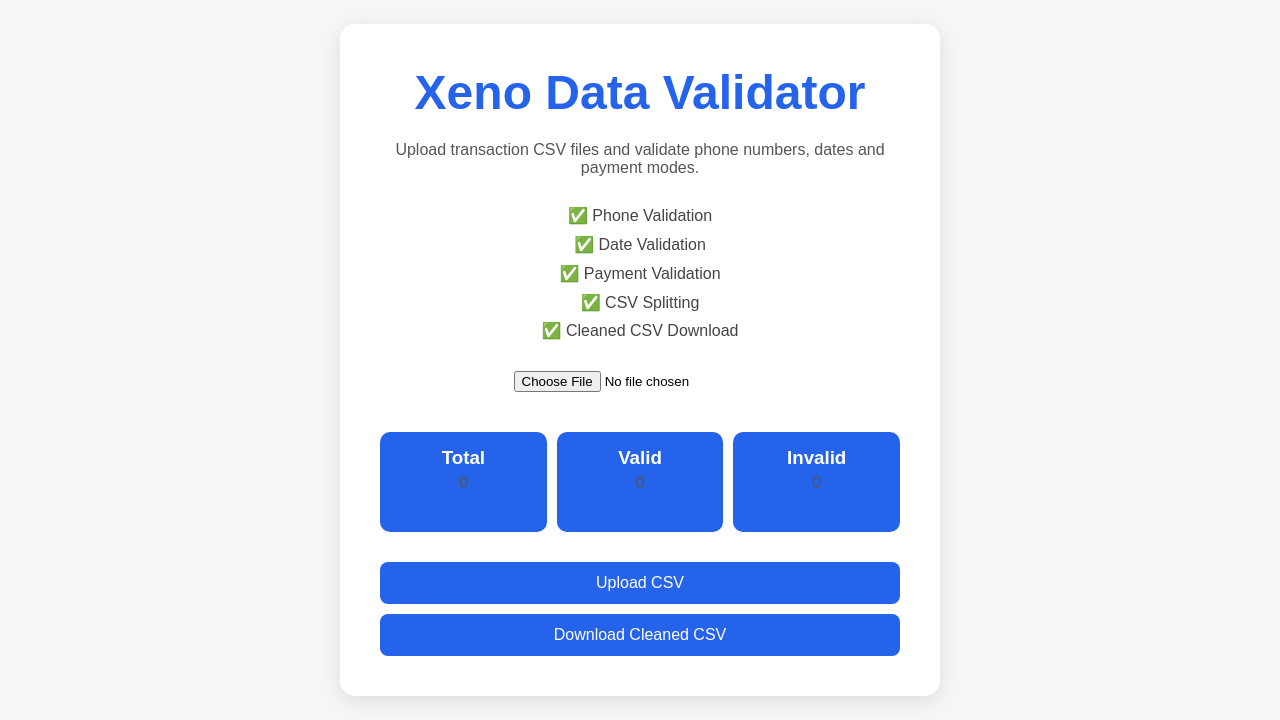
Repository: Aartigarg446/xeno-data-validator
Page: / (app in frontend/)
The author's editor kept a copy of each file at every save. The page is drawn from the files as they stood at one save, then again after the next save.
The browser window is 1280 px wide. The pictures show the whole page.
The project was rebuilt for these pictures with package versions that can differ from the ones it lists, and the page was loaded fresh each time. Also part of the build but not shown: frontend/vite.config.js.

Above is the page before, as saved 2026-06-17 14:09:50.

### frontend/src/index.css
html,
body,
#root {
  width: 100%;
  min-height: 100vh;
  margin: 0;
  padding: 0;
}

### frontend/src/App.jsx
import { useState } from "react";
import axios from "axios";
import "./App.css";

function App() {
  const [file, setFile] = useState(null);
  const [message, setMessage] = useState("");
  const [stats, setStats] = useState({
  total: 0,
  valid: 0,
  invalid: 0,
});

const [records, setRecords] = useState([]);

  const uploadFile = async () => {
    if (!file) {
      alert("Please select a CSV file");
      return;
    }

    const formData = new FormData();
    formData.append("file", file);

    try {
   const response = await axios.post(
  "http://localhost:5000/upload",
  formData
);

const data = response.data.data;

setRecords(data);

const validCount = data.filter(
  (item) => item.overallStatus === "Valid"
).length;

setStats({
  total: data.length,
  valid: validCount,
  invalid: data.length - validCount,
});

setMessage("✅ CSV Processed Successfully");
    } catch (error) {
      console.log(error);
     setMessage("❌ Upload Failed");
    }
  };

  return (
    <div className="container">

      <div className="card">

        <h1>Xeno Data Validator</h1>

        <p>
          Upload transaction CSV files and validate
          phone numbers, dates and payment modes.
        </p>
<p className="features">
  ✅ Phone Validation <br />
  ✅ Date Validation <br />
  ✅ Payment Validation <br />
  ✅ CSV Splitting <br />
  ✅ Cleaned CSV Download
</p>
        <input
          type="file"
          accept=".csv"
          onChange={(e) =>
            setFile(e.target.files[0])
          }
        />
        {file && (
  <p>
    Selected File: {file.name}
  </p>
)}
{message && (
  <p>{message}</p>
)}
<div className="stats-container">

  <div className="stat-card">
    <h3>Total</h3>
    <p>{stats.total}</p>
  </div>

  <div className="stat-card">
    <h3>Valid</h3>
    <p>{stats.valid}</p>
  </div>

  <div className="stat-card">
    <h3>Invalid</h3>
    <p>{stats.invalid}</p>
  </div>

</div>
        <button onClick={uploadFile}>
          Upload CSV
        </button>

        <a
          href="http://localhost:5000/download"
          target="_blank"
        >
          <button>
            Download Cleaned CSV
          </button>
          {records.length > 0 && (

  <table className="result-table">

    <thead>
      <tr>
        <th>Order ID</th>
        <th>Phone</th>
        <th>Status</th>
      </tr>
    </thead>

    <tbody>

      {records.map((record, index) => (

        <tr key={index}>
          <td>{record.order_id}</td>
          <td>{record.phone}</td>
          <td>
            {record.overallStatus === "Valid"
              ? "✅ Valid"
              : "❌ Invalid"}
          </td>
        </tr>

      ))}

    </tbody>

  </table>

)}
        </a>

      </div>

    </div>
  );
}

export default App;

### frontend/src/App.css
* {
  margin: 0;
  padding: 0;
  box-sizing: border-box;
}

body {
  background: #f4f6f8;
  font-family: Arial, sans-serif;
}

.container {
  min-height: 100vh;
  display: flex;
  justify-content: center;
  align-items: center;
}

.card {
  background: white;
  padding: 40px;
  border-radius: 15px;
  width: 600px;
max-width: 90%;
  text-align: center;
  box-shadow: 0px 5px 20px rgba(0,0,0,0.1);
}

h1 {
  color: #2563eb;
  margin-bottom: 20px;
  font-size: 48px;
  line-height: 1.2;
}

p {
  color: #555;
  margin-bottom: 25px;
}

input {
  margin-bottom: 20px;
}

button {
  width: 100%;
  padding: 12px;
  margin-top: 10px;
  border: none;
  border-radius: 8px;
  background: #2563eb;
  color: white;
  cursor: pointer;
  font-size: 16px;
}

button:hover {
  background: #1d4ed8;
}
.features {
  color: #444;
  margin-bottom: 25px;
  line-height: 1.8;
}
.stats-container {
  display: flex;
  justify-content: space-between;
  margin: 20px 0;
  gap: 10px;
}

.stat-card {
  flex: 1;
  background: #2563eb;
  color: white;
  padding: 15px;
  border-radius: 10px;
}

.stat-card h3 {
  margin-bottom: 5px;
}

.result-table {
  width: 100%;
  margin-top: 25px;
  border-collapse: collapse;
}

.result-table th,
.result-table td {
  border: 1px solid #ddd;
  padding: 10px;
}

.result-table th {
  background: #2563eb;
  color: white;
}

Loaded but not shown: frontend/src/main.jsx (common file)

After the next save:
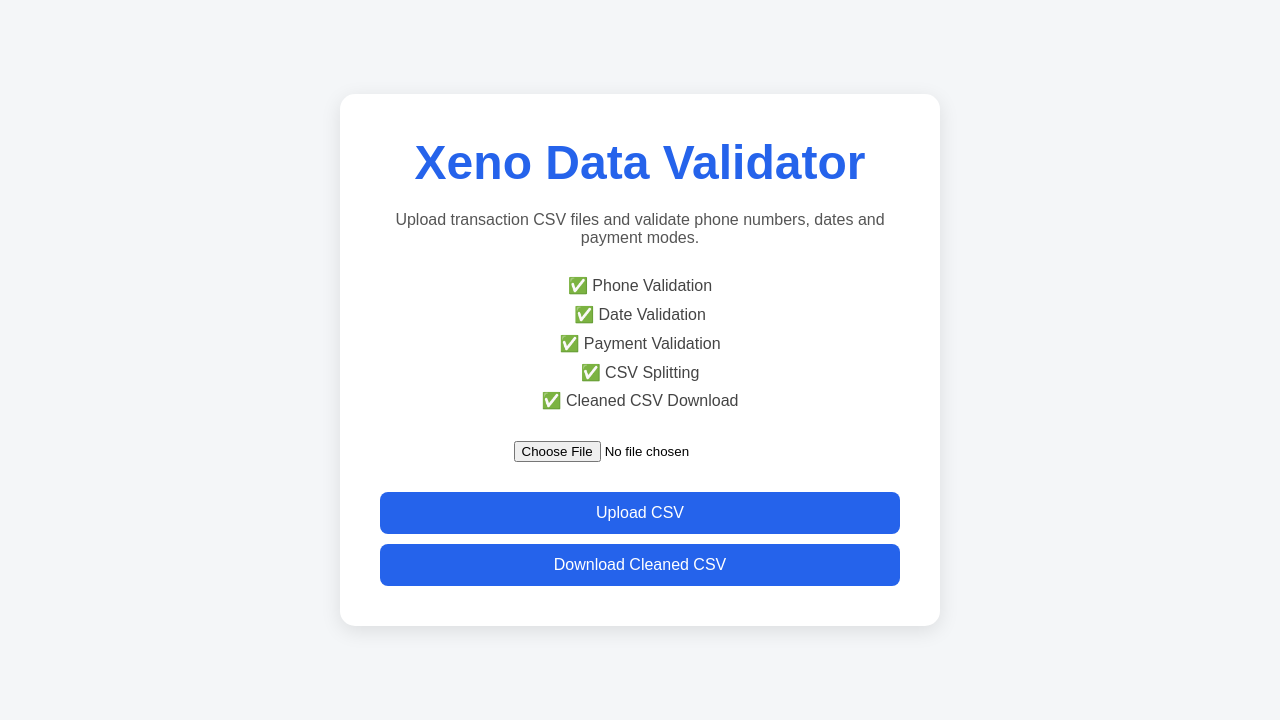
Saved 2 min 51 s later.
--- a/frontend/src/App.jsx
+++ b/frontend/src/App.jsx
@@ -82,6 +82,7 @@
 {message && (
   <p>{message}</p>
 )}
+{stats.total > 0 && (
 <div className="stats-container">
 
   <div className="stat-card">
@@ -100,6 +101,7 @@
   </div>
 
 </div>
+)}
         <button onClick={uploadFile}>
           Upload CSV
         </button>
